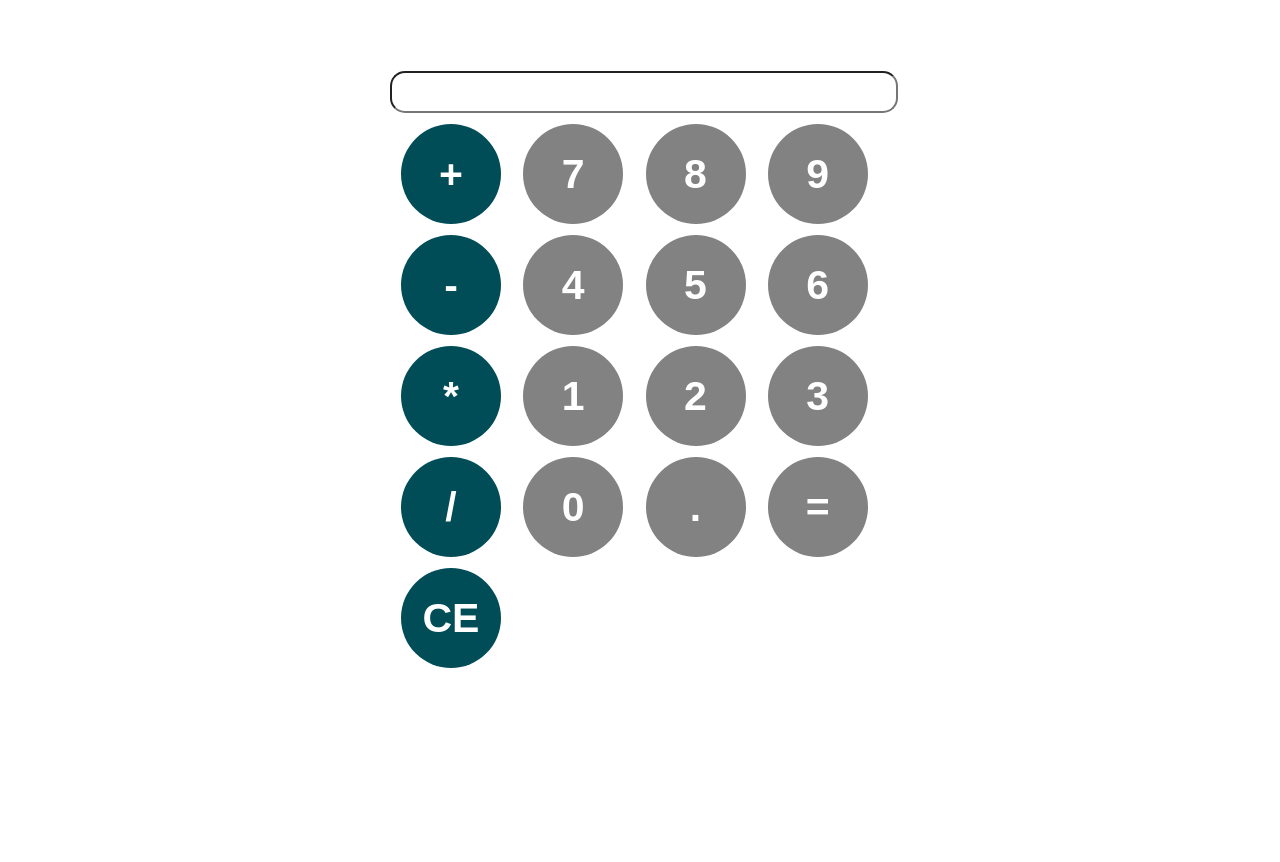
Repository: rkrukshan/JS-Calculator
Page: index.html
These files come from the project's save history. The page is drawn as it stood at one moment and after a run of saves; the edit follows.
The browser window is 1280 px wide. The pictures show the whole page.

Above is the page before, as saved 2024-09-02 13:51:07.

After the next 2 saves:
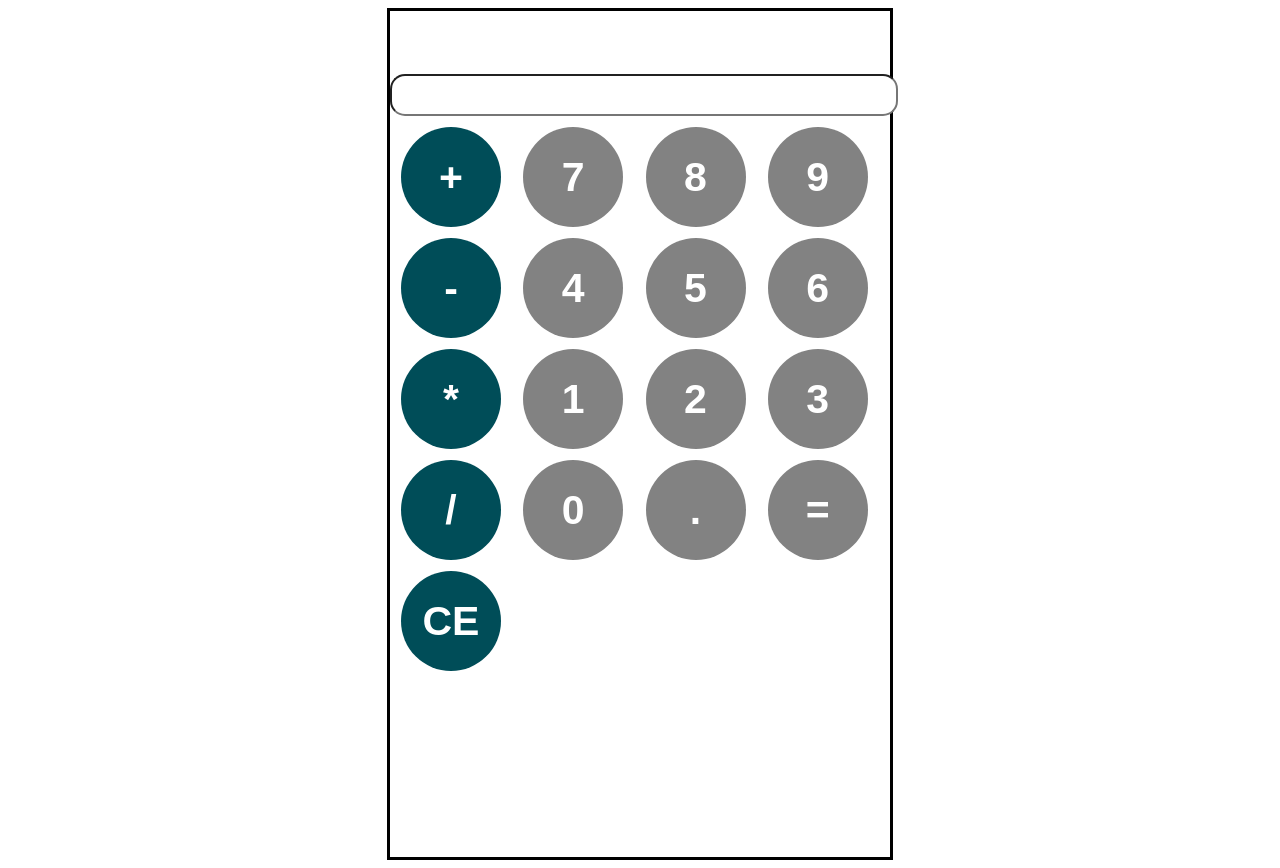
The 2 saves are shown as one change because they came seconds apart.
The last was saved 6 s later.
--- a/style.css
+++ b/style.css
@@ -7,7 +7,7 @@
   max-width: 500px;
   margin: auto;
   padding: 5% 0;
-  border:3px
+  border:3px solid black
 }
 #screen {
   width: 100%;

After the save that followed:
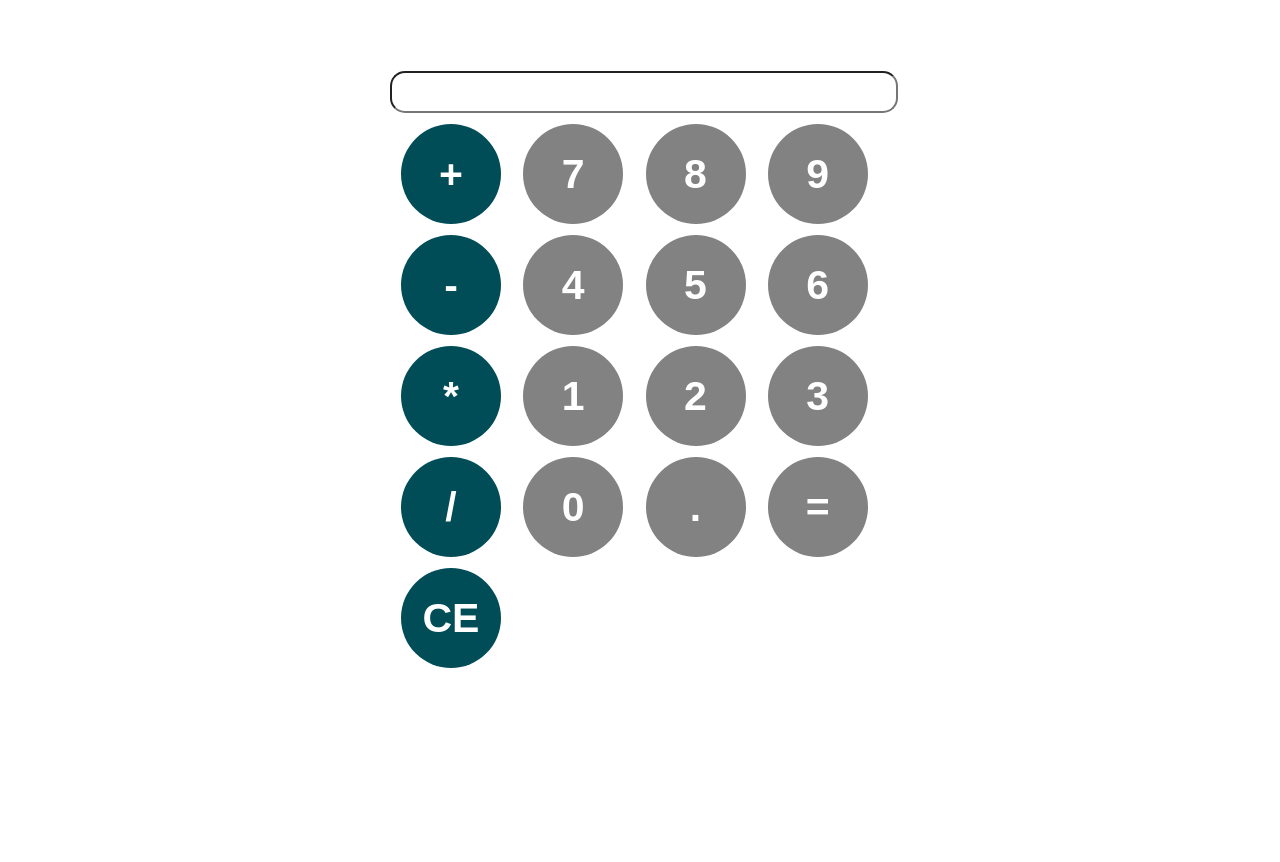
Saved 9 s later.
--- a/style.css
+++ b/style.css
@@ -7,7 +7,6 @@
   max-width: 500px;
   margin: auto;
   padding: 5% 0;
-  border:3px solid black
 }
 #screen {
   width: 100%;
